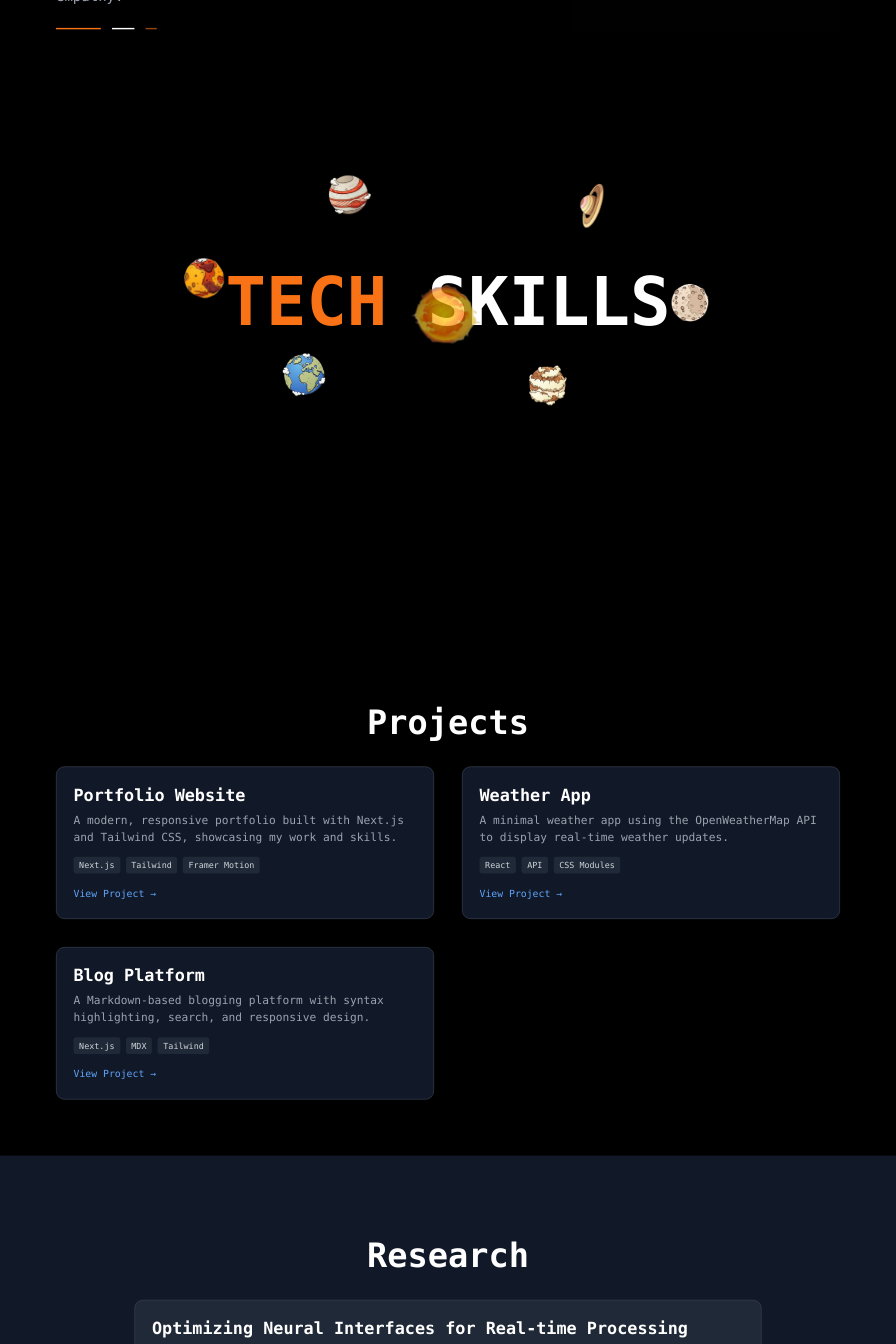
Repository: AnupriyaBiswas/Portfolio
Page: /
These files come from the project's save history. The page is drawn as it stood at one moment and after the next save; the edit follows.
The browser window is 1280 px wide. The pictures show the part of the page from y = 1297 to 3217 px (the page is 4388 px tall before and 4588 px after), at 70% of full size.
The project was rebuilt for these pictures with package versions that can differ from the ones it lists, and the page was loaded fresh each time. Some packages were replaced by stand-ins written for this rebuild. The framework's server and built-in components were replaced by stand-ins that run in the browser. Also part of the build but not shown: next.config.js.

Above is the page before, as saved 2025-07-15 18:18:44.

### pages/_app.js
// D:\Programs\Projects\portfolio\pages\_app.js
import "../styles/globals.css";

export default function App({ Component, pageProps }) {
  return <Component {...pageProps} />;
}

### styles/globals.css
/* D:\Programs\Projects\portfolio\styles\globals.css */

@tailwind base;
@tailwind components;
@tailwind utilities;

/* Custom font (like Nevo uses) */
body {
  font-family: 'Fira Code', monospace;
  scroll-behavior: smooth;
  background-color: #000;
  color: #fff;
}

/* Scrollbar styling */
::-webkit-scrollbar {
  width: 8px;
}
::-webkit-scrollbar-thumb {
  background-color: #444;
  border-radius: 4px;
}
::-webkit-scrollbar-track {
  background-color: #111;
}

/* Anchor hover underline */
a {
  transition: color 0.3s ease;
}
a:hover {
  text-decoration: underline;
}

/* Smooth section animation */
section {
  transition: opacity 0.5s ease, transform 0.5s ease;
}

### components/Main.jsx
// D:\Programs\Projects\portfolio\components\Main.jsx
import React from "react";
import Hero from "./Hero";
import About from "./About";
import Skills from "./Skills";
import Projects from "./Projects";
import Research from "./Research";
import Contact from "./Contact";

const Main = () => {
  return (
    <main className="w-full h-full scroll-smooth">
      <Hero />
      <About />
      <Skills />
      <Projects />
      <Research />
      <Contact />
    </main>
  );
};

export default Main;

### components/Skills.jsx
import React, { useEffect, useRef, useState } from "react";

const skillsData = {
  "FRONTEND": {
    skills: ["HTML", "CSS", "JavaScript", "TypeScript", "React", "Tailwind CSS", "Bootstrap", "SASS"],
    color: "from-blue-500 to-cyan-400",
    icon: "skill1.png",
    angle: 0
  },
  "BACKEND": {
    skills: ["Python", "Java", "Node.js", "REST APIs", "Flask", "C/C++"],
    color: "from-green-500 to-emerald-400",
    icon: "skill2.png",
    angle: 60
  },
  "AI / ML": {
    skills: ["Machine Learning", "TensorFlow", "PyTorch", "Keras", "OpenCV", "NumPy", "Pandas", "Scikit-learn"],
    color: "from-purple-500 to-pink-400",
    icon: "skill3.png",
    angle: 120
  },
  "DATABASE": {
    skills: ["MySQL", "MongoDB", "PostgreSQL", "Firebase"],
    color: "from-orange-500 to-red-400",
    icon: "skill4.png",
    angle: 180
  },
  "TOOLS": {
    skills: ["Git", "GitHub", "VS Code", "Android Studio", "Jupyter Notebook", "WordPress"],
    color: "from-indigo-500 to-purple-400",
    icon: "skill5.png",
    angle: 240
  },
  "SYSTEMS": {
    skills: ["Linux (Ubuntu)", "Windows", "Android", "Data Structures", "Algorithms", "OOP"],
    color: "from-teal-500 to-cyan-400",
    icon: "skill6.png",
    angle: 300
  }
};

const Skills = () => {
  const [rotation, setRotation] = useState(0);
  const sectionRef = useRef(null);

  useEffect(() => {
    const interval = setInterval(() => {
      setRotation((prev) => prev + 0.05); // slower orbit
    }, 50);
    return () => clearInterval(interval);
  }, []);

  return (
    <section
      ref={sectionRef}
      id="skills"
      className="min-h-screen pt-44 pb-32 relative flex flex-col items-center justify-start overflow-hidden bg-black text-white"
    >
      {/* Heading */}
      <h2 className="text-5xl md:text-7xl lg:text-8xl font-bold mb-16 text-center">
        <span className="text-orange-500">TECH</span>{" "}
        <span className="text-white">SKILLS</span>
      </h2>

      {/* Background stars */}
      <div className="absolute inset-0 -z-10">
        {[...Array(100)].map((_, i) => (
          <div
            key={i}
            className="absolute w-[2px] h-[2px] bg-white rounded-full opacity-50"
            style={{
              top: `${Math.random() * 100}%`,
              left: `${Math.random() * 100}%`,
              animation: `twinkle ${2 + Math.random() * 3}s infinite ease-in-out`,
            }}
          ></div>
        ))}
      </div>

      {/* Central Star */}
      <img
        src="assets/star.png"
        alt="Central Star"
        className="absolute w-32 h-32 z-20 object-contain animate-pulse"
      />

      {/* Planets in Orbit */}
      {Object.entries(skillsData).map(([category, data], index) => {
        const radiusX = 350; // increased spread horizontally
        const radiusY = 150; // slightly wider vertically too
        const angle = ((data.angle + rotation) * Math.PI) / 180;

        const x = Math.cos(angle) * radiusX;
        const y = Math.sin(angle) * radiusY;

        return (
          <div
            key={category}
            className="absolute transition-transform duration-300"
            style={{
              transform: `translate(${x}px, ${y}px)`
            }}
          >
            <img
              src={`assets/${data.icon}`}
              alt={category}
              className="w-16 h-16 object-contain hover:scale-110 transition-transform duration-300"
              title={category}
            />
          </div>
        );
      })}
    </section>
  );
};

export default Skills;

### components/Projects.jsx
// D:\Programs\Projects\portfolio\components\Projects.jsx
import React from "react";

const projects = [
  {
    title: "Portfolio Website",
    description:
      "A modern, responsive portfolio built with Next.js and Tailwind CSS, showcasing my work and skills.",
    tech: ["Next.js", "Tailwind", "Framer Motion"],
    link: "https://github.com/nevo/portfolio",
  },
  {
    title: "Weather App",
    description:
      "A minimal weather app using the OpenWeatherMap API to display real-time weather updates.",
    tech: ["React", "API", "CSS Modules"],
    link: "https://github.com/nevo/weather-app",
  },
  {
    title: "Blog Platform",
    description:
      "A Markdown-based blogging platform with syntax highlighting, search, and responsive design.",
    tech: ["Next.js", "MDX", "Tailwind"],
    link: "https://github.com/nevo/blog-platform",
  },
];

const Projects = () => {
  return (
    <section
      id="projects"
      className="min-h-screen flex flex-col justify-center items-center px-4 md:px-20 py-20 bg-black text-white"
    >
      <h2 className="text-3xl md:text-5xl font-bold mb-10 text-center">
        Projects
      </h2>
      <div className="grid gap-10 md:grid-cols-2">
        {projects.map((project, idx) => (
          <div
            key={idx}
            className="bg-gray-900 p-6 rounded-xl border border-gray-700 hover:shadow-lg transition"
          >
            <h3 className="text-2xl font-semibold mb-2">{project.title}</h3>
            <p className="text-gray-400 mb-4">{project.description}</p>
            <div className="flex flex-wrap gap-2 mb-4">
              {project.tech.map((tech, i) => (
                <span
                  key={i}
                  className="text-xs bg-gray-800 text-gray-300 px-2 py-1 rounded"
                >
                  {tech}
                </span>
              ))}
            </div>
            <a
              href={project.link}
              target="_blank"
              rel="noopener noreferrer"
              className="text-blue-400 hover:underline text-sm"
            >
              View Project →
            </a>
          </div>
        ))}
      </div>
    </section>
  );
};

export default Projects;

### components/Research.jsx
// D:\Programs\Projects\portfolio\components\Research.jsx
import React from "react";

const researchItems = [
  {
    title: "Optimizing Neural Interfaces for Real-time Processing",
    summary:
      "A deep learning-based approach to improve latency and accuracy in neural interfaces for prosthetic control.",
    link: "https://example.com/research/neural-interfaces",
  },
  {
    title: "Human Gait Analysis using Multimodal Sensors",
    summary:
      "Research focusing on using EMG and IMU data fusion to differentiate gait patterns in Parkinson's disease.",
    link: "https://example.com/research/gait-analysis",
  },
];

const Research = () => {
  return (
    <section
      id="research"
      className="min-h-screen flex flex-col justify-center items-center px-4 md:px-20 py-20 bg-gray-900 text-white"
    >
      <h2 className="text-3xl md:text-5xl font-bold mb-10 text-center">
        Research
      </h2>
      <div className="grid gap-10 max-w-4xl">
        {researchItems.map((item, index) => (
          <div
            key={index}
            className="bg-gray-800 p-6 rounded-xl border border-gray-700 hover:shadow-lg transition"
          >
            <h3 className="text-2xl font-semibold mb-2">{item.title}</h3>
            <p className="text-gray-400 mb-4">{item.summary}</p>
            <a
              href={item.link}
              target="_blank"
              rel="noopener noreferrer"
              className="text-blue-400 hover:underline text-sm"
            >
              View Research →
            </a>
          </div>
        ))}
      </div>
    </section>
  );
};

export default Research;

### components/Contact.jsx
import React from "react";
import { Activity, Mail } from "lucide-react";

const Contact = () => {
  return (
    <section
      id="contact"
      className="min-h-screen flex flex-col justify-center items-center px-4 md:px-20 py-20 bg-black text-white"
    >
      <h2 className="text-3xl md:text-5xl font-bold mb-10 text-center">
        Contact Me
      </h2>
      <p className="text-lg text-gray-400 mb-8 text-center max-w-xl">
        I'm always open to discussing new projects, creative ideas, or
        opportunities to be part of your visions. Feel free to reach out!
      </p>
      <div className="flex gap-6 mt-4 text-gray-400">
        <a
          href="mailto:youremail@example.com"
          className="hover:text-white transition"
          aria-label="Email"
        >
          <Mail size={28} />
        </a>
        <a
          href="https://github.com/yourgithub"
          target="_blank"
          rel="noopener noreferrer"
          className="hover:text-white transition"
          aria-label="GitHub"
        >
          <Activity size={28} />
        </a>
        <a
          href="https://linkedin.com/in/yourlinkedin"
          target="_blank"
          rel="noopener noreferrer"
          className="hover:text-white transition"
          aria-label="LinkedIn"
        >
          <Activity size={28} />
        </a>
      </div>
    </section>
  );
};

export default Contact;

Loaded but not shown: pages/_document.js (22 lines, source omitted); tailwind.config.js (17 lines, source omitted); pages/index.js (14 lines, source omitted); components/About.jsx (209 lines, source omitted); components/Hero.jsx (145 lines, source omitted)

After the next save:
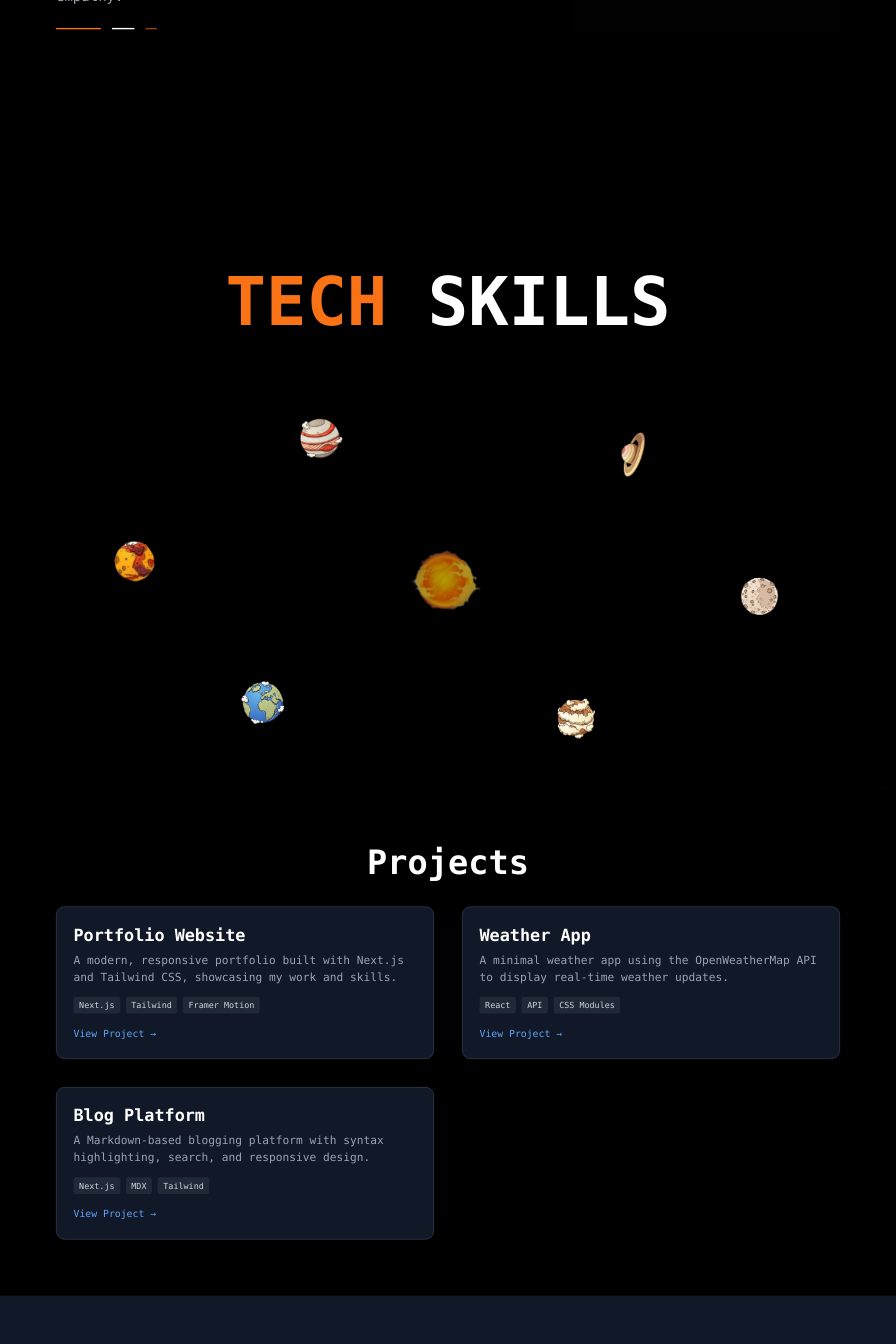
Saved 92 min 16 s later.
--- a/components/Skills.jsx
+++ b/components/Skills.jsx
@@ -54,62 +54,67 @@
     <section
       ref={sectionRef}
       id="skills"
-      className="min-h-screen pt-44 pb-32 relative flex flex-col items-center justify-start overflow-hidden bg-black text-white"
+      className="min-h-screen bg-black text-white overflow-hidden"
     >
-      {/* Heading */}
-      <h2 className="text-5xl md:text-7xl lg:text-8xl font-bold mb-16 text-center">
-        <span className="text-orange-500">TECH</span>{" "}
-        <span className="text-white">SKILLS</span>
-      </h2>
-
-      {/* Background stars */}
-      <div className="absolute inset-0 -z-10">
-        {[...Array(100)].map((_, i) => (
-          <div
-            key={i}
-            className="absolute w-[2px] h-[2px] bg-white rounded-full opacity-50"
-            style={{
-              top: `${Math.random() * 100}%`,
-              left: `${Math.random() * 100}%`,
-              animation: `twinkle ${2 + Math.random() * 3}s infinite ease-in-out`,
-            }}
-          ></div>
-        ))}
+      {/* Heading Section */}
+      <div className="pt-44 pb-12 text-center">
+        <h2 className="text-5xl md:text-7xl lg:text-8xl font-bold">
+          <span className="text-orange-500">TECH</span>{" "}
+          <span className="text-white">SKILLS</span>
+        </h2>
       </div>
 
-      {/* Central Star */}
-      <img
-        src="assets/star.png"
-        alt="Central Star"
-        className="absolute w-32 h-32 z-20 object-contain animate-pulse"
-      />
+      {/* Orbit Section */}
+      <div className="relative h-[600px] w-full flex items-center justify-center">
+        {/* Background stars */}
+        <div className="absolute inset-0 -z-10">
+          {[...Array(100)].map((_, i) => (
+            <div
+              key={i}
+              className="absolute w-[2px] h-[2px] bg-white rounded-full opacity-50"
+              style={{
+                top: `${Math.random() * 100}%`,
+                left: `${Math.random() * 100}%`,
+                animation: `twinkle ${2 + Math.random() * 3}s infinite ease-in-out`,
+              }}
+            ></div>
+          ))}
+        </div>
 
-      {/* Planets in Orbit */}
-      {Object.entries(skillsData).map(([category, data], index) => {
-        const radiusX = 350; // increased spread horizontally
-        const radiusY = 150; // slightly wider vertically too
-        const angle = ((data.angle + rotation) * Math.PI) / 180;
+        {/* Central Star */}
+        <img
+          src="assets/star.png"
+          alt="Central Star"
+          className="absolute w-32 h-32 z-20 object-contain animate-pulse"
+        />
 
-        const x = Math.cos(angle) * radiusX;
-        const y = Math.sin(angle) * radiusY;
+        {/* Planets in Orbit */}
+        {Object.entries(skillsData).map(([category, data], index) => {
+          const radiusX = 450; // wider spread
+          const radiusY = 220;
+          const angle = ((data.angle + rotation) * Math.PI) / 180;
 
-        return (
-          <div
-            key={category}
-            className="absolute transition-transform duration-300"
-            style={{
-              transform: `translate(${x}px, ${y}px)`
-            }}
-          >
-            <img
-              src={`assets/${data.icon}`}
-              alt={category}
-              className="w-16 h-16 object-contain hover:scale-110 transition-transform duration-300"
-              title={category}
-            />
-          </div>
-        );
-      })}
+          const x = Math.cos(angle) * radiusX;
+          const y = Math.sin(angle) * radiusY;
+
+          return (
+            <div
+              key={category}
+              className="absolute transition-transform duration-300"
+              style={{
+                transform: `translate(${x}px, ${y}px)`
+              }}
+            >
+              <img
+                src={`assets/${data.icon}`}
+                alt={category}
+                className="w-16 h-16 object-contain hover:scale-110 transition-transform duration-300"
+                title={category}
+              />
+            </div>
+          );
+        })}
+      </div>
     </section>
   );
 };

After the save that followed:
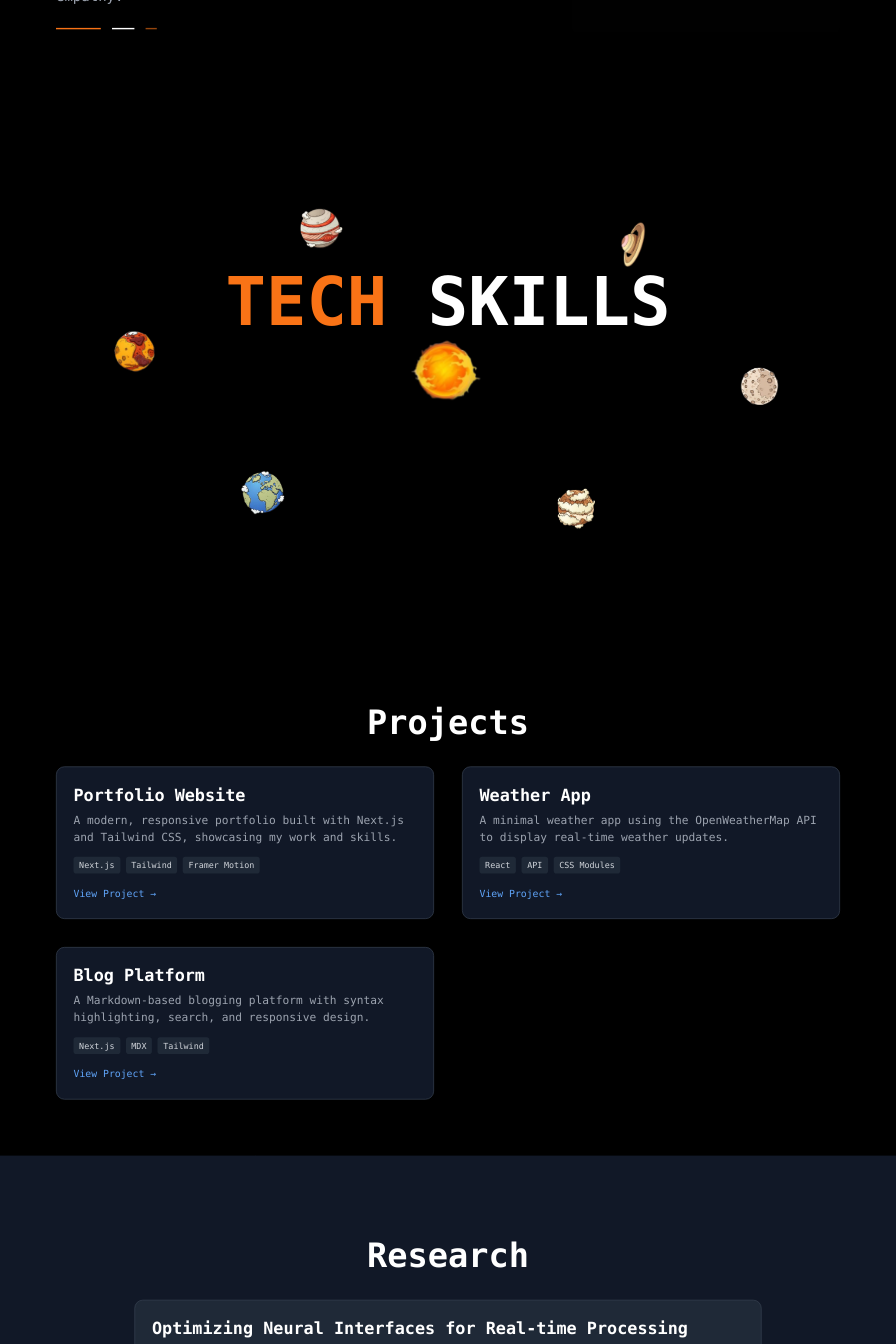
Saved 38 s later.
--- a/components/Skills.jsx
+++ b/components/Skills.jsx
@@ -65,7 +65,7 @@
       </div>
 
       {/* Orbit Section */}
-      <div className="relative h-[600px] w-full flex items-center justify-center">
+      <div className="relative h-500px] w-full flex items-center justify-center">
         {/* Background stars */}
         <div className="absolute inset-0 -z-10">
           {[...Array(100)].map((_, i) => (
@@ -85,7 +85,7 @@
         <img
           src="assets/star.png"
           alt="Central Star"
-          className="absolute w-32 h-32 z-20 object-contain animate-pulse"
+          className="absolute w-32 h-32 z-20 object-contain"
         />
 
         {/* Planets in Orbit */}
